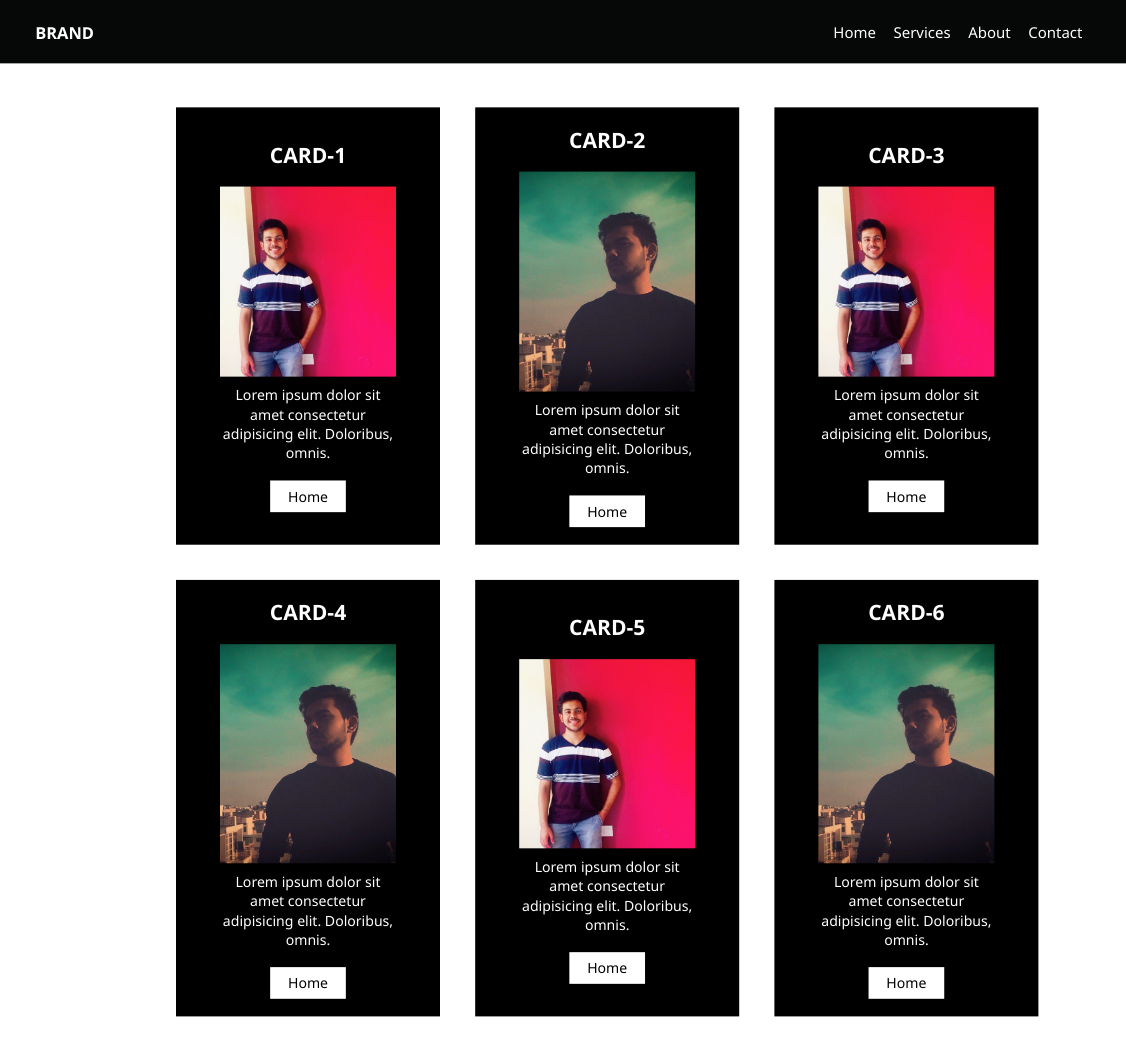
Repository: hemantsaini-7/React_Basics
Page: /services (app in webreact/)
The author's editor kept a copy of each file at every save. The page is drawn from the files as they stood at one save, then again after a run of saves.
The browser window is 1280 px wide. The pictures show the whole page, at 88% of full size.
The project was rebuilt for these pictures with package versions that can differ from the ones it lists, and the page was loaded fresh each time. Also part of the build but not shown: webreact/src/components/Common.js, webreact/src/components/Home.js, webreact/src/components/About.js, webreact/src/components/Contact.js.

Above is the page before, as saved 2020-11-02 15:13:55.

After the next 4 saves:
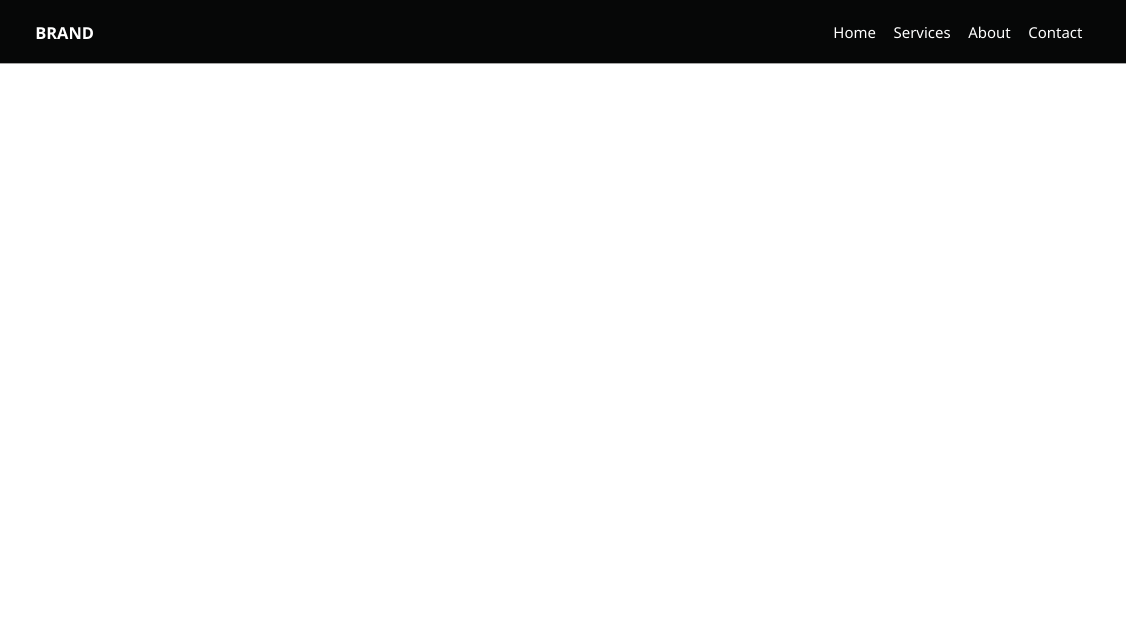
The 4 saves are shown as one change because 3 did not build or start.
The last was saved 4 min 28 s later.
--- a/webreact/src/components/Services.js
+++ b/webreact/src/components/Services.js
@@ -1,52 +1,19 @@
 import React from 'react'
-import img1 from '../images/1.jpg'
-import img2 from '../images/2.jpeg'
-import img3 from '../images/3.jpg'
-import img4 from '../images/4.jpeg'
-import img5 from '../images/5.jpg'
-import img6 from '../images/6.jpeg'
+import {Card} from './Card'
 
 
 function Services() {
     return (
         <div className="s-container">
-            <div className="card">
-                <h2>CARD-1</h2>
-                <img src={img1} alt=""/>
-                <p>Lorem ipsum dolor sit amet consectetur adipisicing elit. Doloribus, omnis.</p>
+            {Card.forEach(c => {
+                <div className="card">
+                <h2>{c.name}</h2>
+                <img src={c.img} alt=""/>
+                <p>{c.para}</p>
                 <a href="/">Home</a>
-            </div>
-            <div className="card">
-                <h2>CARD-2</h2>
-                <img src={img2} alt=""/>
-                <p>Lorem ipsum dolor sit amet consectetur adipisicing elit. Doloribus, omnis.</p>
-                <a href="/">Home</a>
-            </div>
-            <div className="card">
-                <h2>CARD-3</h2>
-                <img src={img3} alt=""/>
-                <p>Lorem ipsum dolor sit amet consectetur adipisicing elit. Doloribus, omnis.</p>
-                <a href="/">Home</a>
-            </div>
-            <div className="card">
-                <h2>CARD-4</h2>
-                <img src={img4} alt=""/>
-                <p>Lorem ipsum dolor sit amet consectetur adipisicing elit. Doloribus, omnis.</p>
-                <a href="/">Home</a>
-            </div>
-            <div className="card">
-                <h2>CARD-5</h2>
-                <img src={img5} alt=""/>
-                <p>Lorem ipsum dolor sit amet consectetur adipisicing elit. Doloribus, omnis.</p>
-                <a href="/">Home</a>
-            </div>
-            <div className="card">
-                <h2>CARD-6</h2>
-                <img src={img6} alt=""/>
-                <p>Lorem ipsum dolor sit amet consectetur adipisicing elit. Doloribus, omnis.</p>
-                <a href="/">Home</a>
-            </div>
-        </div>
+                </div>
+            })}
+      </div>
     )
 }
 
